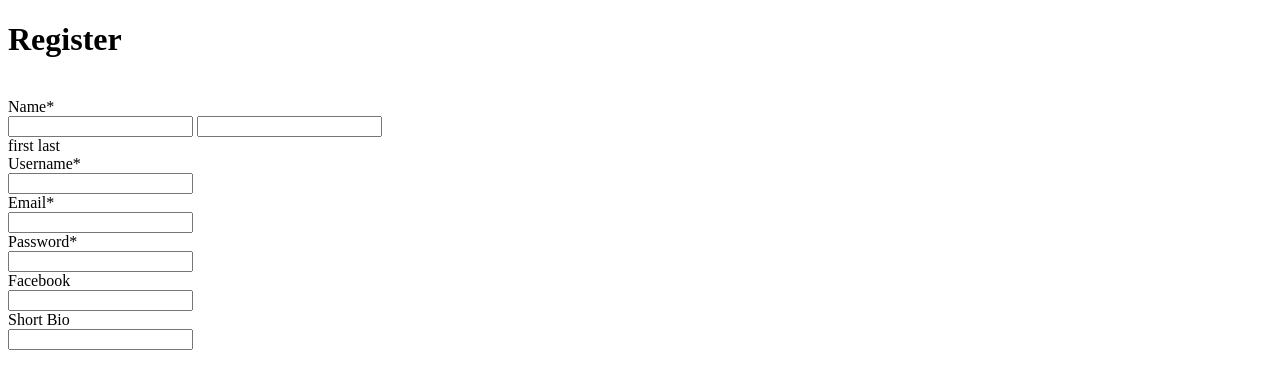
Repository: Knguyen2003/Spring
Page: JavaServlet/Tuan1/PhanNguyenKhoiNguyen_21068021_Tuan1/src/main/webapp/index.html
These files come from the project's save history. The page is drawn as it stood at one moment and after the next save; the edit follows.
The browser window is 1280 px wide. The pictures show the whole page.

Above is the page before, as saved 2024-08-21 11:48:06.

After the next save:
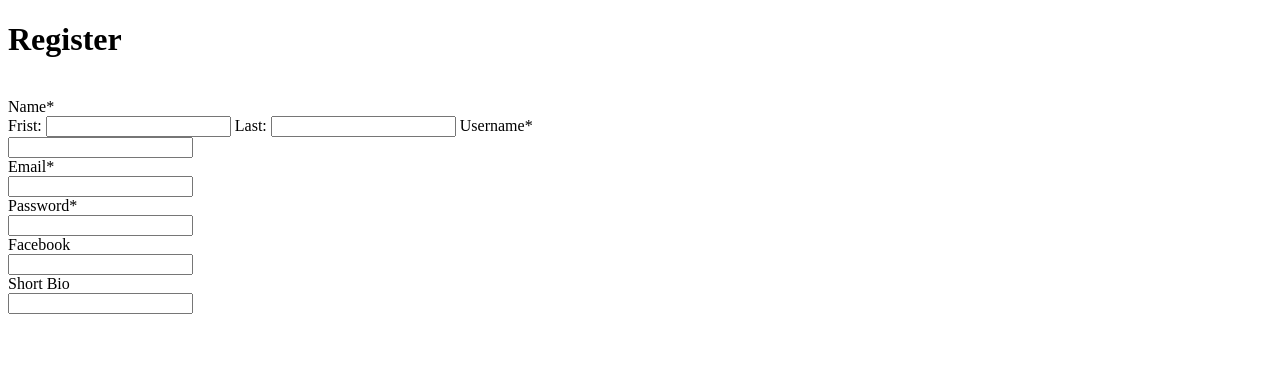
Saved 57 s later.
--- a/JavaServlet/Tuan1/PhanNguyenKhoiNguyen_21068021_Tuan1/src/main/webapp/index.html
+++ b/JavaServlet/Tuan1/PhanNguyenKhoiNguyen_21068021_Tuan1/src/main/webapp/index.html
@@ -9,9 +9,8 @@
 	<form method="get/post" action="TênServlet" name="registrationForm">
 		<h1>Register</h1> <br>
         <label>Name*</label> <br>
-         <input type="text" name="first">
-         <input type="text" name="last"> <br>
-         first <tab> last <br>
+         Frist: <input type="text" name="first">
+         Last: <input type="text" name="last">
         <label>Username*</label> <br>
         <input type="text" name="usn"> <br>
         <label>Email*</label> <br>
